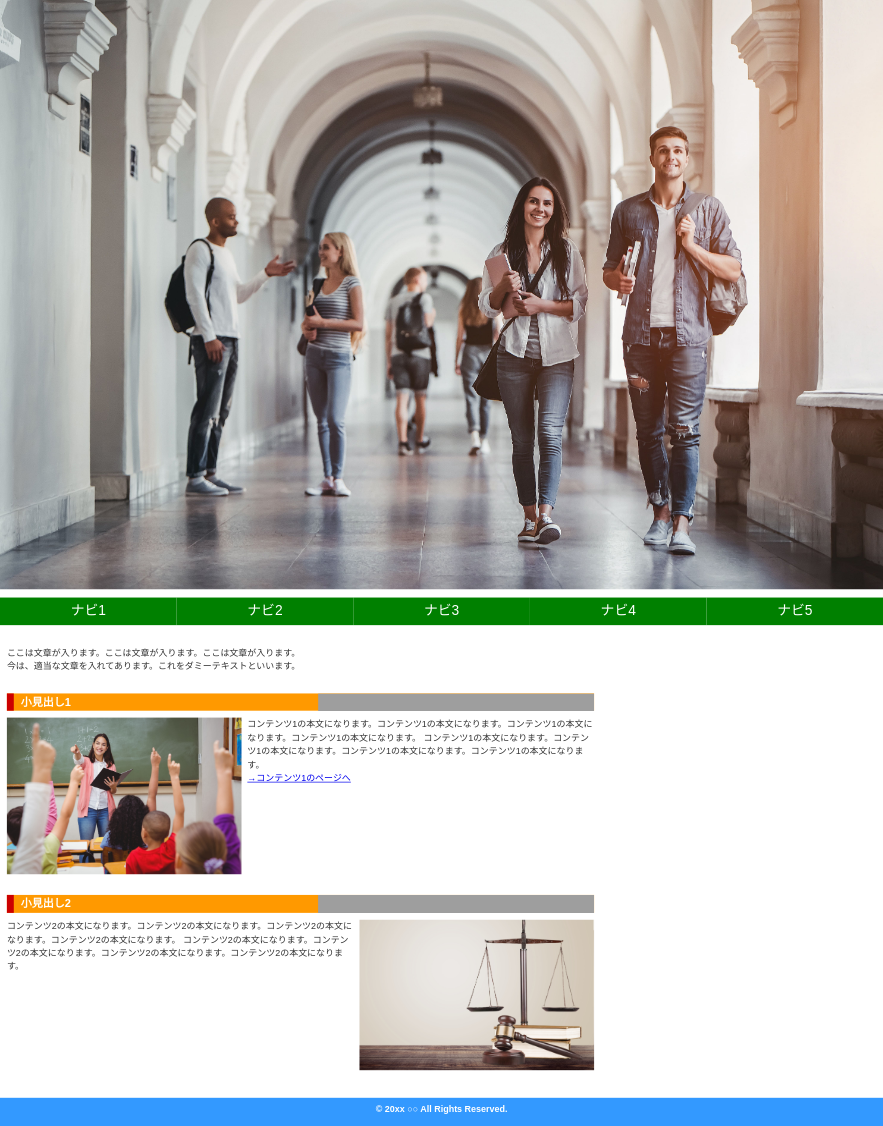
Repository: YN-program/samurai_HTML-CSS
Page: home.html
The author's editor kept a record of every edit. The page is drawn from the files as they stood at one moment, then again after the next edit.
The browser window is 1280 px wide. The pictures show the whole page, at 69% of full size.
Pictures or frames that could not be fetched are drawn as grey boxes.

Above is the page before.

### home.html
<!DOCTYPE html>
<html lang="ja">
    <head>
        <meta charset="UTF-8">
        <title>HTML/CSSの学習</title>
        <link rel="stylesheet" href="stylesheet.css">
    </head>
    <body>
        <div id="header">
            <h1><a href="index.html"><img id="corridor" src="images/corridor.jpg" alt="大学の廊下" /></a></h1>
        </div>
        <div id="wrapper">
            <div id="nav">
                <ul>
                    <li><a href="home.html">ナビ1</a></li>
                    <li><a href="#">ナビ2</a></li>
                    <li><a href="#">ナビ3</a></li>
                    <li><a href="#">ナビ4</a></li>
                    <li><a href="#">ナビ5</a></li>
                </ul>
            </div>
               <div id="container">
                   <div id="main">
                       <div class="post">
                           <p>ここは文章が入ります。ここは文章が入ります。ここは文章が入ります。 <br />今は、適当な文章を入れてあります。これをダミーテキストといいます。</p>
                       </div>
                       <div class="post clearfix">
                           <h2>小見出し1</h2>
                           <img class="left" src="images/classroom.jpg" alt="授業風景" />
                           <p>
                               コンテンツ1の本文になります。コンテンツ1の本文になります。コンテンツ1の本文になります。コンテンツ1の本文になります。
                               コンテンツ1の本文になります。コンテンツ1の本文になります。コンテンツ1の本文になります。コンテンツ1の本文になります。
                           </p>
                           <p><a href="#">→コンテンツ1のページへ</a></p>
                       </div>
                       <div class="post clearfix">
                           <h2>小見出し2</h2>
                           <img class="right" src="images/scale.jpg" alt="天秤" />
                           <p>
                               コンテンツ2の本文になります。コンテンツ2の本文になります。コンテンツ2の本文になります。コンテンツ2の本文になります。
                               コンテンツ2の本文になります。コンテンツ2の本文になります。コンテンツ2の本文になります。コンテンツ2の本文になります。
                           </p>
                       </div>
                   </div>
               </div>
        </div>
        <div id="footer">
            <p>&copy; 20xx ○○ All Rights Reserved.</p>
        </div>
    </body>
</html>

### stylesheet.css
@charset "utf-8";

body {
	margin: 0;
	padding: 0;
	font-family: "ヒラギノ角ゴ Pro W3", "Hiragino Kaku Gothic Pro", "メイリオ", Meiryo, Osaka, "ＭＳ Ｐゴシック", "MS PGothic", sans-serif;
	color: #333;
	font-size: 13px;
	line-height: 150%;
}

/* -------------------- wrapper -------------------- */
#wrapper {
    width: 100%;
    margin: auto;
    padding: 0px;
    border: 0px;
    background-color: #FFF;
    top: 10px;
    position: relative;
}

/* -------------------- header -------------------- */
#header {
	width: 100%;
}
#header h1 {
	margin: 0;
	padding: 0;
}

#corridor {
	width: 100%;
	height: auto;
}

/* -------------------- footer -------------------- */
#footer {
	clear: both;
	width: 100%;
	padding: 3px 0 3px 0;
	background: #39F;
	color: #FFF;
	font-weight: bold;
	text-align: center;
}

/* -------------------- nav -------------------- */
#nav {
	width: 100%;
}
#nav ul {
    display: flex;
	margin: 0;
	padding: 0;
	list-style-type: none;
}
#nav ul li {
	width: 20%;
	text-align: center;
}
#nav ul li a {
	display: block;
	height: 20px;
	margin: 0;
	padding: 10px;
	color: #FFF;
	font-size: 20px;
	text-decoration: none;
	background-color: green;
}

#nav ul li a:hover {
    filter: drop-shadow(10px 10px 10px black);
}

/* ------- container -------*/
#container {
    width: 100%;
    margin: auto;
    padding: auto;
    padding-top: 20px;
    clear: both;
    display: grid;
    grid-template-columns: 70vw 30vw;
}
/* ------- main ---------*/
#main {
    width: 95%;
    padding: 10px 30px 10px 10px;
}
#main h2 {
    margin: 0 0 10px 0;
    padding: 3px 10px 3px 10px;
    color: #FFF;
    font-size: 16px;
    border-left: solid 10px #C00;
    background: #F90 url(../images/main_h2.jpg) right top repeat-y;
}
#main p {
    margin: 0;
    padding: 0;
}

#main .post {
    margin: 0 0 30px 0;
}

#main .post img.right {
    margin: 0 0 0 8px;
}

#main .post img.left {
    margin: 0 8px 0 0;
}

.right {
    float: right;
    width: 40%;
    height: auto;
}
.left {
    float: left;
    width: 40%;
    height: auto;
}

/* ---------clearfix-------------*/
.clearfix {
    zoom: 1;
}
.clearfix:after{
    content: "";
    display: block;
    clear: both;
}

/*-----------side---------------*/
#side {
    width: 85%;
    padding: 20px;
    background-color: #F99;
}
#side .box {
    margin: 0 auto 30px auto;
    padding: 0 0 20px 0;
    background: url(images/side_box.png) bottom no-repeat;
}
#side .box h2{
    margin: 0;
    padding: 8px;
    text-align: center;
    color: #fff;
    font-size: 16px;
    line-height: 16px;
    font-weight: normal;
    background: url(images/side_box_h2.png) center no-repeat;
}
#side .box .boxBody {
    padding: 8px;
    border-right: solid 1px #C36;
    border-bottom: solid 1px #C36;
    border-left: solid 1px #C36;
    background: #fff;
}
#side .box .boxBody ul li {
    padding: 8px 0 8px 4px;
    list-style: none;
    border-bottom: solid 1px #C36;
}

#side .box .boxBody ul li:hover {
    padding: 8px 0 8px 4px;
    list-style: none;
    border-bottom: solid 1px #C36;
    box-shadow: 0px 4px 4px rgba(0, 0, 0, 0.3);
}

After the next edit:
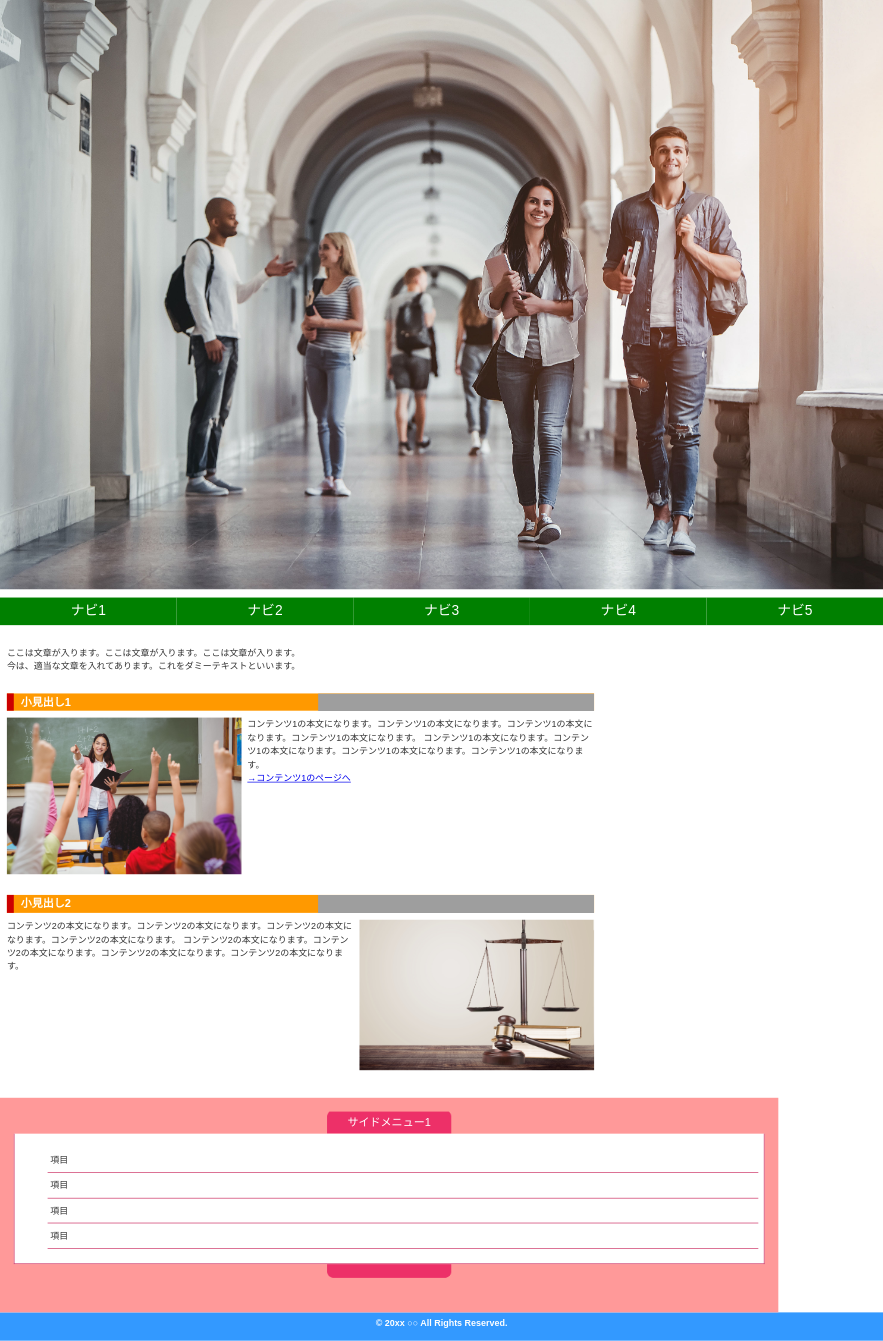
The edit:
--- a/home.html
+++ b/home.html
@@ -43,6 +43,21 @@
                        </div>
                    </div>
                </div>
+                 <div id="side">
+                     <div class="box">
+                         <h2>サイドメニュー1</h2>
+                         <div class="boxBody">
+                             <ul>
+                                 <li>項目</li>
+                                 <li>項目</li>
+                                 <li>項目</li>
+                                 <li>項目</li>
+                             </ul>
+                         </div>
+                     </div>
+
+
+                 </div>
         </div>
         <div id="footer">
             <p>&copy; 20xx ○○ All Rights Reserved.</p>
